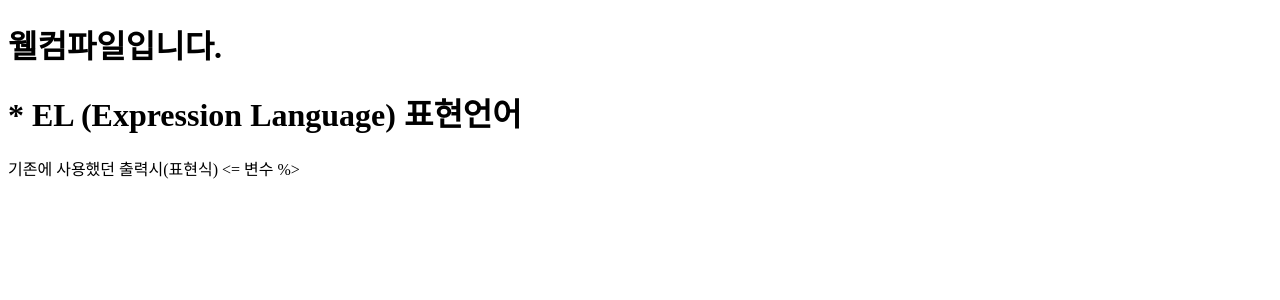
Repository: judeyong/myWebWorkSpace2
Page: http://localhost/Action_Project/
The author's editor kept a copy of each file at every save. The page is drawn from the files as they stood at one save, then again after a run of saves.
The browser window is 1280 px wide. The pictures show the whole page.
The page is served by Tomcat 9. Other server files are loaded and not shown.

Above is the page before, as saved 2024-04-03 00:24:56.

### Action_Project/WebContent/index.jsp
<%@ page language="java" contentType="text/html; charset=UTF-8"
    pageEncoding="UTF-8"%>
<!DOCTYPE html>
<html>
<head>
<meta charset="UTF-8">
<title>Insert title here</title>
</head>
<body>
	<h1>웰컴파일입니다.</h1>

	<h1>* EL (Expression Language) 표현언어</h1>

	<p>
		기존에 사용했던 출력시(표현식) &lt;= 변수 %&gt; <br>
	</p>

</body>
</html>

After the next 2 saves:
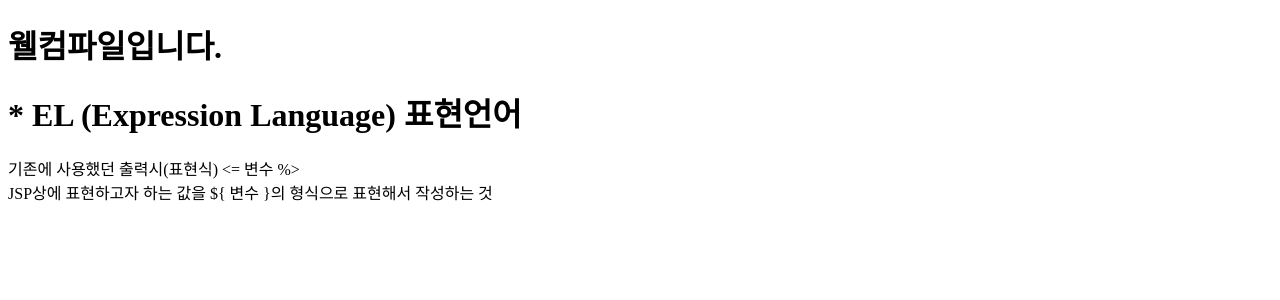
The 2 saves are shown as one change because they came seconds apart.
The last was saved 39 s later.
--- a/Action_Project/WebContent/index.jsp
+++ b/Action_Project/WebContent/index.jsp
@@ -13,6 +13,7 @@
 
 	<p>
 		기존에 사용했던 출력시(표현식) &lt;= 변수 %&gt; <br>
+		JSP상에 표현하고자 하는 값을 \${ 변수 }의 형식으로 표현해서 작성하는 것
 	</p>
 
 </body>
